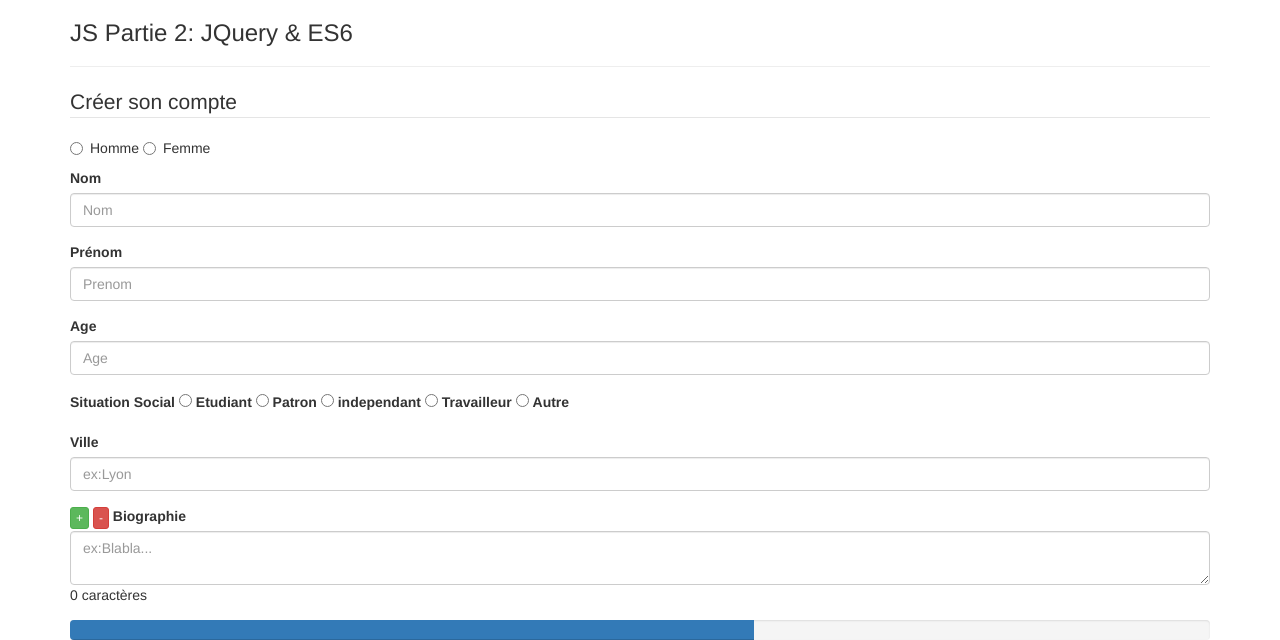
Repository: Symfomany/WildJQueryForm
Page: index.html
The author's editor kept a copy of each file at every save. The page is drawn from the files as they stood at one save, then again after the next save.
The browser window is 1280 px wide. The pictures show the part of the page from y = 0 to 640 px (the page is 1424 px tall before and 1498 px after).
A picture or video elsewhere on the page could not be fetched, so the positions and the page height are approximate.

Above is the page before, as saved 2017-03-06 07:15:38.

### index.html
<!DOCTYPE html>
<html lang="en">

<head>
    <title></title>
    <meta charset="UTF-8">
    <meta name="viewport" content="width=device-width, initial-scale=1">
    <!-- Latest compiled and minified CSS & JS -->
    <link rel="stylesheet" media="screen" href="http://netdna.bootstrapcdn.com/bootstrap/3.3.4/css/bootstrap.min.css">

</head>

<body>

    <div class="container">

        <h3>JS Partie 2: JQuery & ES6</h3>
        <hr />


        <form action="" method="POST" role="form">
            <legend>Créer son compte</legend>

            <div class="radio">
                <label>
                    <input type="radio" name="sexe" id="homme" value="homme">
                    Homme
                </label>
                <label>
                    <input type="radio" name="sexe" id="femme" value="femme" >
                    Femme
                </label>
            </div>


            <div class="form-group">
                <label for="">Nom</label>
                <input type="text" class="form-control" id="nom" placeholder="Nom">
            </div>

            <div class="form-group">
                <label for="">Prénom</label>
                <input type="text" class="form-control" id="prenom" placeholder="Prenom">
            </div>

            <div class="form-group">
                <label for="">Age</label>
                <input type="text" class="form-control" id="age" placeholder="Age">
            </div>

            <div class="form-group">
                <label for="">Situation Social</label>
                <input type="radio" name="name" value="etudiant" class="etudiant">
                <label for="">Etudiant</label>

                <input type="radio" name="name" value="patron" class="patron">
                <label for="">Patron</label>

                <input type="radio" name="name" value="independant" class="independant">
                <label for="">independant</label>

                <input type="radio" name="name" value="travailleur" class="travailleur">
                <label for="">Travailleur</label>

                <input type="radio" name="name" value="autre" class="autre">
                <label for="">Autre</label>

                <input type="text" name="otherSituation" style="display:none" class="form-control" id="otherSituation">

</div>

<div class="form-group">
    <label for="">Ville</label>
    <input type="text" class="form-control" id="ville" placeholder="ex:Lyon">
</div>

<div class="form-group">
    <button class="btn btn-xs btn-success">+</button>
    <button class="btn btn-xs btn-danger">-</button>
    <label for="">Biographie</label>
    <textarea class="form-control" id="biography" placeholder="ex:Blabla..."></textarea>
    <span id="nbCars">0</span> caractères
</div>

<div class="progress">
    <div class="progress-bar" role="progressbar" aria-valuenow="60" aria-valuemin="0" aria-valuemax="100" style="width: 60%;">
<span class="sr-only">60% Complete</span>
</div>
</div>


<div class="form-group">
    <label for="">Avatar</label>
    <input type="url" class="form-control" id="avatar" placeholder="ex: http://www.facebook.com/monImage.jpg">
    <img src="http://lh5.ggpht.com/-cnS_l9G3Ujw/U9WbCIprN3I/AAAAAAABKJU/yMLKfWUZBXk/avatar-caritas-animadas-gifs-008%25255B6%25255D.gif?imgmax=800"
        alt="">
</div>

<div class="form-group">
    <label for="">Code postal</label>
    <input type="text" class="form-control" id="cp" placeholder="ex:Lyon">
</div>

<div class="form-group">
    <label for="">Email</label>
    <input type="email" class="form-control" id="email" placeholder="Email">
</div>

<div class="form-group">
    <label for="">Mot de passe</label>
    <input type="password" class="form-control" id="password" placeholder="6 caractères">
</div>

<div class="checkbox">
    <label>
                    <input type="checkbox"> Voir le Mot de Passe en Clair
                </label>
</div>

<div class="form-group">
    <label for="">Confirmer le mot de passe</label>
    <input type="password" class="form-control" id="password" placeholder="6 caractères">
</div>

<div class="checkbox">
    <label>
                    <input type="checkbox"> J'ai pris connaissance des <a>Condition Générale de Vente</a>
                </label>
</div>


<button disabled type="submit" class="btn btn-primary">Créer un compte</button>
</form>


</div>

<script src="http://code.jquery.com/jquery.js"></script>
<script src="http://netdna.bootstrapcdn.com/bootstrap/3.3.4/js/bootstrap.min.js"></script>

</body>

</html>

After the next save:
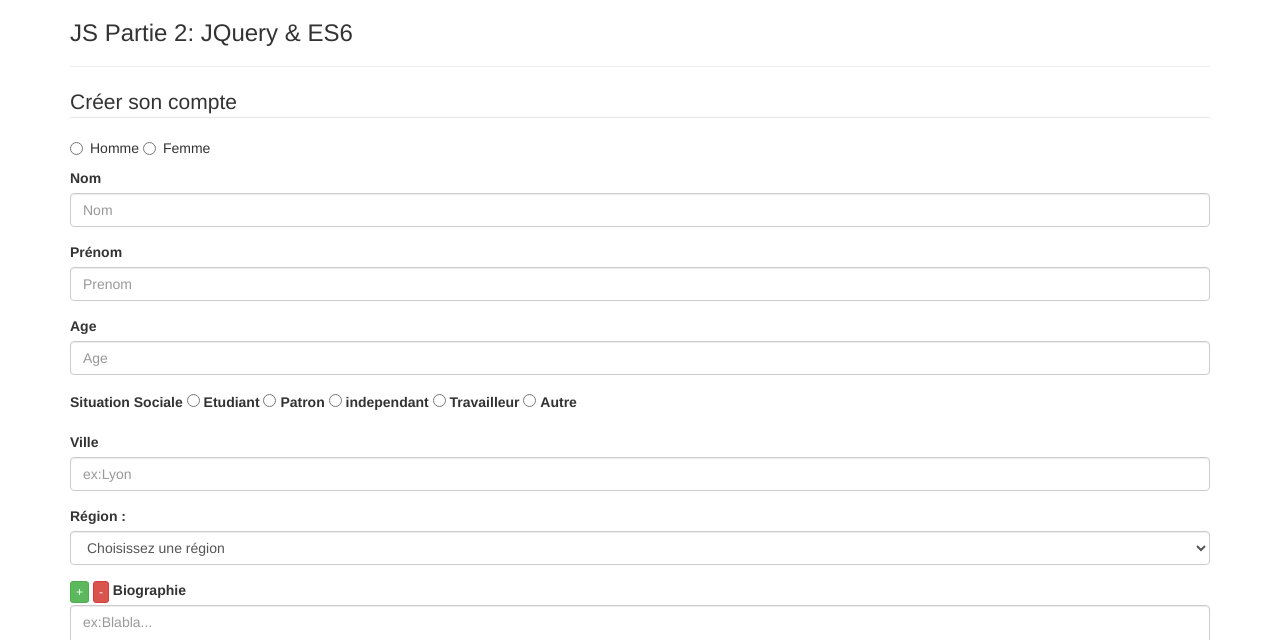
Saved 46 s later.
--- a/index.html
+++ b/index.html
@@ -49,7 +49,7 @@
             </div>
 
             <div class="form-group">
-                <label for="">Situation Social</label>
+                <label for="">Situation Sociale</label>
                 <input type="radio" name="name" value="etudiant" class="etudiant">
                 <label for="">Etudiant</label>
 
@@ -72,6 +72,31 @@
 <div class="form-group">
     <label for="">Ville</label>
     <input type="text" class="form-control" id="ville" placeholder="ex:Lyon">
+</div>
+
+<div class="form-group">
+    <label for="region">Région :</label><br />
+    <select class="form-control" id="region" name="region">
+          <option value="default" selected>Choisissez une région</option>
+          <option value="auvergne">Auvergne-Rhône-Alpes</option>
+          <option value="bourgogne">Bourgogne-Franche-Comte</option>
+          <option value="bretagne">Bretagne</option>
+          <option value="centre">Centre-Val de Loire</option>
+          <option value="corse">Corse</option>
+          <option value="grand-est">Grand-Est</option>
+          <option value="guadeloupe">Guadeloupe</option>
+          <option value="guyane">Guyane</option>
+          <option value="hauts-de-france">Hauts-de-France</option>
+          <option value="ile-de-france">Île-de-France</option>
+          <option value="martinique">Martinique</option>
+          <option value="mayotte">Mayotte</option>
+          <option value="normandie">Normandie</option>
+          <option value="aquitaine">Nouvelle-Aquitaine</option>
+          <option value="occitanie">Occitanie</option>
+          <option value="loire">Pays de la Loire</option>
+          <option value="provence">Provence-Alpes-Côte d'Azur</option>
+          <option value="reunion">Réunion</option>
+        </select>
 </div>
 
 <div class="form-group">
